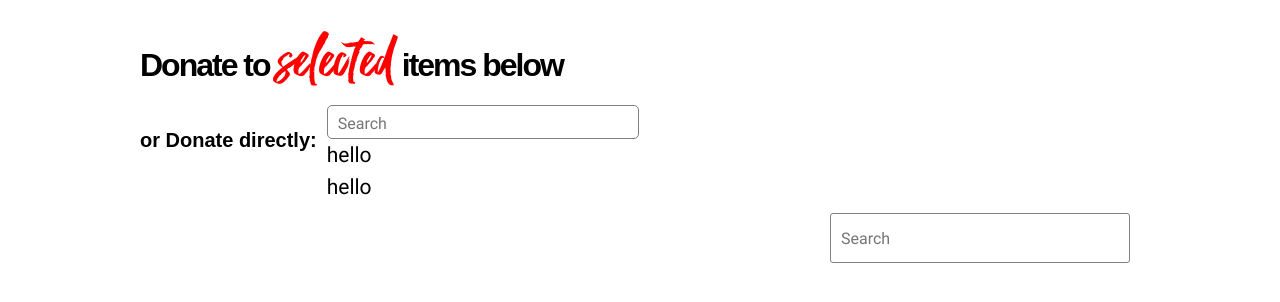
Repository: David-Waite/edableStyleChanges
Page: /
An editor plug-in stored every save of this project. The page is shown before and after the next save, followed by the edit.
The browser window is 1280 px wide. The pictures show the whole page.
The page's requests for data from a server got no answer. The project was rebuilt for these pictures with package versions that can differ from the ones it lists, and the page was loaded fresh each time. Some packages were replaced by stand-ins written for this rebuild. No one was signed in, and anything a server would have sent is missing. Queries for data that is not in the repository find no rows. Also part of the build but not shown: src/components/Item/ProgressBar.css, src/components/Volunteer/Volunteer.tsx, src/components/DonorForm/Message.css, src/components/Volunteer/VolunteerError.tsx, src/components/Default.tsx, src/components/DonorForm/Paypal.tsx, src/components/DonorForm/DonorForm.tsx, src/components/DonorForm/PastDonations.css and 8 more.

Above is the page before, as saved 2022-11-09 19:37:47.

### public/index.html
<!DOCTYPE html>
<html lang="en">
  <head>
    <meta charset="utf-8" />
    <link rel="icon" href="%PUBLIC_URL%/favicon.ico" />
    <meta name="viewport" content="width=device-width, initial-scale=1" />
    <meta name="theme-color" content="#000000" />
    <meta name="description" content="EdAble Donations System" />
    <link rel="apple-touch-icon" href="%PUBLIC_URL%/logo192.png" />
    <link rel="manifest" href="%PUBLIC_URL%/manifest.json" />
    <link
      rel="stylesheet"
      href="https://cdn.jsdelivr.net/npm/bootstrap@5.2.0-beta1/dist/css/bootstrap.min.css"
      integrity="sha384-0evHe/X+R7YkIZDRvuzKMRqM+OrBnVFBL6DOitfPri4tjfHxaWutUpFmBp4vmVor"
      crossorigin="anonymous"
    />
    <title>EdAble Donations</title>
  </head>
  <body>
    <noscript>You need to enable JavaScript to run this app.</noscript>
    <div id="root"></div>
  </body>
  <script src="./iframeResizer.contentWindow.min.js"></script>
</html>

### src/index.tsx
import React from 'react';
import ReactDOM from 'react-dom/client';
import './index.css';
import App from './App';
import reportWebVitals from './reportWebVitals';
import './fonts/Roboto/Roboto-Medium.ttf';
import './fonts/Lora/Lora-VariableFont_wght.ttf';

const root = ReactDOM.createRoot(
  document.getElementById('root') as HTMLElement
);
root.render(
  <React.StrictMode>
    <App />
  </React.StrictMode>
);

// If you want to start measuring performance in your app, pass a function
// to log results (for example: reportWebVitals(console.log))
// or send to an analytics endpoint. Learn more: https://bit.ly/CRA-vitals
reportWebVitals();

### src/index.css
body {
  margin: 0;
  -webkit-font-smoothing: antialiased;
  -moz-osx-font-smoothing: grayscale;
}

code {
  font-family: source-code-pro, Menlo, Monaco, Consolas, "Courier New",
    monospace;
}

* {
  box-sizing: border-box;
}

#page-wrap {
  padding-bottom: 10px;
  padding-top: 10px;
}
@font-face {
  font-family: "Roboto";
  src: local("Roboto"),
    url("./fonts/Roboto/Roboto-Medium.ttf") format("truetype");
}

@font-face {
  font-family: "Lora";
  src: local("Lora"),
    url("./fonts/Lora/Lora-VariableFont_wght.ttf") format("truetype");
}

@font-face {
  font-family: "black_stonealternative";
  src: local("blackStone"),
    url("./fonts/BlackStone/blackstone-alternative-webfont.woff") format("woff");
}

h1 {
  font-family: "Roboto";
  font-style: normal;
  font-weight: 700;
  font-size: 52px;
  line-height: 64px;
  /* identical to box height, or 123% */
  color: #000000;
}

h2 {
  font-family: "Lora";
  font-style: normal;
  font-weight: 700;
  font-size: 47px;
  line-height: 60px;
  /* identical to box height, or 128% */
  color: #f1f1f1;
}

h3 {
  font-family: "Lora";
  font-style: normal;
  font-weight: 700;
  font-size: 40px;
  line-height: 51px;
  color: #c4c4c4;
}

h4 {
  font-family: "Roboto";
  font-style: normal;
  font-weight: 700;
  font-size: 35px;
  line-height: 43px;
  /* identical to box height, or 123% */
  letter-spacing: 0.02em;
  color: #000000;
}

h5 {
  font-family: "Roboto";
  font-style: normal;
  font-weight: 700;
  font-size: 28px;
  line-height: 44px;
  /* identical to box height, or 157% */
  color: #000000;
}

h6 {
  font-family: "Roboto";
  font-style: normal;
  font-weight: 700;
  font-size: 21px;
  line-height: 25px;
  /* identical to box height */
  color: #000000;
}

body {
  font-family: "Roboto";
  font-style: normal;
  font-weight: 400;
  font-size: 21px;
  line-height: 32px;
  /* identical to box height, or 152% */
  color: #000000;
}

### src/App.tsx
import React from "react";
import "./App.css";
import { BrowserRouter, Routes, Route } from "react-router-dom";

import { PayPalScriptProvider } from "@paypal/react-paypal-js";
import Base from "./components/Base";
import Landing from "./components/Landing/Landing";
import Volunteer from "./components/Volunteer/Volunteer";
import VolunteerError from "./components/Volunteer/VolunteerError";
import Default from "./components/Default";
import Organisation from "./components/Organisation/Organisation";
import ItemPage from "./components/Item/ItemPage";
import Success from "./components/DonorForm/Success";
import Cancel from "./components/DonorForm/Cancel";
import PastDonations from "./components/DonorForm/PastDonations";
import PastItemDonations from "./components/DonorForm/PastItemDonations";
import DonateTime from "./components/Volunteer/DonateTime";

function App() {
  return (
    <PayPalScriptProvider
      options={{
        "client-id":
        process.env.REACT_APP_PAYPAL_CLIENT_ID||"ATT3Tn46NrmHggGqVC4mzWOZWlnbp2ID9DA0yQnhsgqPFIVPPlLhfSI_-atbZc3aN7n_k7wUVTyQJMnI",
        currency: "AUD",
      }}
    >
      <BrowserRouter>
        <Routes>
          <Route path="/" element={<Base />}>
            <Route path="/" element={<Landing />} />
            <Route path="volunteer" element={<Volunteer />} />
            <Route path="success" element={<Success />} />
            <Route path="organisation/:orgId" element={<Organisation />} />
            <Route path="cancel/:orgId" element={<Cancel />} />
            <Route path="volunteererror/:orgId" element={<VolunteerError />} />
            <Route path="organisation/:orgId" element={<PastDonations />} />
            <Route path="item/:orgID/:itemID" element={<ItemPage />} />
            <Route path="item/:orgID/:itemID" element={<PastItemDonations />} />
            <Route path="volunteer/organisation/:orgId" element={<DonateTime />} />
            <Route path="volunteer/success" element={<Success />} />

            {/* Using path="*"" means "match anything", so this route
                acts like a catch-all for URLs that we don't have explicit
              routes for. */}
            <Route path="*" element={<Default />} />
          </Route>
        </Routes>
      </BrowserRouter>
    </PayPalScriptProvider>
  );
}

export default App;

### src/App.css
.App {
  text-align: center;
}

.App-logo {
  height: 40vmin;
  pointer-events: none;
}

@media (prefers-reduced-motion: no-preference) {
  .App-logo {
    animation: App-logo-spin infinite 20s linear;
  }
}

.App-header {
  background-color: #282c34;
  min-height: 100vh;
  display: flex;
  flex-direction: column;
  align-items: center;
  justify-content: center;
  font-size: calc(10px + 2vmin);
  color: white;
}

.App-link {
  color: #61dafb;
}

@keyframes App-logo-spin {
  from {
    transform: rotate(0deg);
  }
  to {
    transform: rotate(360deg);
  }
}

.font-face-rob {
  font-family: "Roboto";
}

.font-face-lora {
  font-family: "Lora";
}

.font-face-Black {
  font-family: "black_stonealternative";
}

### src/components/Base.tsx
import { Outlet } from 'react-router-dom';

function BasePage() {
  return (
    <>
      {/* An <Outlet> renders whatever child route is currently active,
          so you can think about this <Outlet> as a placeholder for
        the child routes we defined above. */}
      <Outlet/>
    </>
  );
}

export default BasePage;

### src/components/Landing/Landing.css
.carousel-control-next,
.carousel-control-prev {
  width: 10%;
}

.landing {
  max-width: 1000px;

  margin: 0px auto 90px;
}
.pageTitle {
  font-size: 32px;
  color: black;
  font-family: sans-serif;
  margin-top: 60px;
  margin-bottom: 40px;
  letter-spacing: -2px;
  line-height: 0px;
  font-weight: 700;
}

.title {
  font-size: 32px;
  color: white;
  font-family: sans-serif;
}
.pageTitle span {
  font-family: "black_stonealternative";
  margin-left: 0px;
  margin-right: 0px;
  font-size: 55px;
  letter-spacing: 1px;
  font-weight: 100;
}

.selectOrg {
  font-size: 20px;
  color: black;
  font-family: sans-serif;
  padding-top: 5px;
  font-weight: 700;
}
.selectOrgCon {
  display: flex;

  margin-bottom: 0px;
}

.orgSearchBar input {
  height: auto;
  padding: 0 10px;
}

.orgSearchBar input::placeholder {
  font-size: 16px;
}

.orgSearchBar {
  margin-left: 10px;
  display: flex;
  flex-direction: column;
}

.col {
  padding: 0;
}

.navBarContainer {
  margin-left: 30px;
  margin-top: 10px;
  position: absolute;
  color: white;
}

.carousel {
  /* margin: 3px; */
  /* border-radius: 30px; */

  color: white;
  /* height: ; */
}

.carouselImage {
  object-fit: cover;
  height: calc(500px - 140px);
}

.carousel-contents {
  display: flex;

  flex-direction: column;
  justify-content: flex-end;

  color: white;
  height: 500px;
}

.carousel-indicators {
  margin-bottom: 10px;
}

.carousel-contents-bottom {
  display: flex;
  align-items: center;
  justify-content: space-between;
  gap: 10px;

  margin-bottom: 30px;
}

.caroursel-text {
  padding: 0px 25px;
  height: 140px;
  background-color: #333333;
}

.btnContribute {
  background-color: #e50040;
  color: white;
  border: none;
  border-radius: 3px;
}

.btnContribute span {
  margin-left: 3px;
  font-size: 16px;
  font-weight: 400;
  color: white;
}

.btnContribute div {
  font-size: 16px;
  font-weight: 400;
  margin: 0;
}

.btnContribute:hover {
  background-color: #d4033e;
  color: white;
}

.orgSummary {
  font-size: 16px;
  line-height: 25px;
  margin-bottom: 0px;
}

.imgCarousel {
  width: 100%;
  height: 600px;
}

.orgList {
  font-family: sans-serif;
  font-size: 20px;
  color: black;
}

.orgListCon {
  display: flex;
  align-items: center;
}
@media (max-width: 1040px) {
  .landing {
    padding: 0 20px;
  }
}

@media (max-width: 900px) {
  .title {
    font-size: 28px !important;
  }
}

@media (max-width: 800px) {
  .carousel-contents-bottom {
    flex-direction: column;
    align-items: flex-start;

    gap: 0px;
  }
  .caroursel-text {
    height: 200px;
  }
}

@media (max-width: 500px) {
  .btnContribute div {
    width: 100%;
  }

  .caroursel-text {
    height: 220px;
  }
}

@media (max-width: 370px) {
  .btnContribute {
    margin-top: -10px;
    font-size: 10px;
  }
}

@media (max-width: 325px) {
  .btnContribute span {
    font-size: 9px;
  }
}

/* #carousel-indicators {
    color:rgb(17, 0, 61)
} */

/* Button {
  font-size: x-small;
  style={{ backgroundImage: `url(${org.data.img})` }}




   <img
                              className="imgCarousel"
                              src={org.data.img}
                              alt={`${org.data.name}` + "'s logo"}
                            />
} */

### src/components/Landing/ItemsCollection.tsx
import { useState, useEffect } from "react";
import {
  collectionGroup,
  query,
  onSnapshot,
  collection,
  where,
  getDocs,
} from "firebase/firestore";
import { db } from "../../config/firebase";
import Card from "react-bootstrap/Card";
import ProgressBar from "react-bootstrap/ProgressBar";
import { Link } from "react-router-dom";
import styles from "./ItemsCollection.module.css";
import "../Item/ProgressBar.css";

function ItemsCollection(props: any) {
  const [itemList, setItemList] = useState<any>([]);
  const [search, setSearch] = useState<string>("");

  useEffect(() => {
    const q = query(
      collectionGroup(db, "Items"),
      where("activeStatus", "==", true)
    );

    onSnapshot(q, async (querySnapshot) => {
      setItemList(
        querySnapshot.docs.map((doc) => ({
          id: doc.id,
          data: doc.data(),
          parentDoc: doc.ref.parent.parent?.id,
        }))
      );
    });
  }, []);

  function mergeLists() {
    const mergeList: any = [];
    itemList.map((item: any) => {
      props.orgList.map((org: any) => {
        if (item.parentDoc === org.id) {
          if (item.data.activeStatus === true) {
            mergeList.push({
              ...item,
              orgName: org.data.name,
              orgActiveStatus: org.data.activeStatus,
            });
          }
        }
      });
    });
    return mergeList;
  }

  const mergeList = mergeLists();

  const handleChange = (e: React.ChangeEvent<HTMLInputElement>) => {
    setSearch(e.target.value);
  };
  const filteredItems = mergeList.filter((item: any) =>
    item.data.name.toLowerCase().includes(search.toLowerCase())
  );

  return (
    <>
      <div className={styles.containerDiv}>
        <div
          className={styles.searchBar}
          style={{
            borderRadius: "3px",
            display: "flex",
            alignItems: "right",
            justifyContent: "right",
          }}
        >
          <input
            style={{ fontSize: "16px" }}
            className={styles.input}
            type="text"
            onChange={handleChange}
            placeholder="Search"
          />
        </div>

        <div className={styles.cardParentDiv}>
          {filteredItems.map((item: any) => (
            <div key={item.id.toString()} className={styles.cards}>
              <div className={styles.cardImage}>
                <img src={item.data.img} alt={`Image of  ${item.data.name}`} />
              </div>

              <div className={styles.cardBody}>
                <div>
                  <h3 className={styles.cardTitle}>
                    {item.orgName}:
                    <br />
                    <span>{item.data.name}</span>
                  </h3>

                  <p className={styles.cardDes}>{item.data.summary}</p>
                </div>

                <div className={styles.bottomHalfCard}>
                  <p>
                    ${item.data.totalDonationsValue || 0} of $
                    {item.data.initialPrice}
                  </p>
                  <ProgressBar
                    striped
                    now={
                      item.data.totalDonationsValue
                        ? (item.data.totalDonationsValue /
                            item.data.initialPrice) *
                          100
                        : 0
                    }
                    label={`${Math.round(
                      (item.data.totalDonationsValue / item.data.initialPrice) *
                        100
                    )}%`}
                  />
                  <Link
                    style={{
                      textDecoration: "none",
                      color: "black",
                    }}
                    to={`item/${item.parentDoc}/${item.id}`}
                  >
                    <div className={styles.btn}>DONATE NOW!</div>
                  </Link>
                </div>
              </div>
            </div>
          ))}
        </div>
      </div>
    </>
  );
}

export default ItemsCollection;

### src/components/Organisation/Organisation.module.css
.body {
  background-color: black;
}

* {
  margin: 0;
  padding: 0;
}

img {
  max-width: 100%;
}

.section {
  max-width: 1000px;
  margin: 0 auto;
  background-color: white;
}

.orgName,
.volunteerOrgName span {
  font-family: "black_stonealternative";
  margin-left: 0px;
  margin-right: 0px;
  font-size: 55px;
  font-weight: 100;
  color: #5e17a9;
  line-height: 45px;
}

.orgNameSpan,
.volunteerOrgName {
  font-size: 32px;
  color: black;
  font-family: sans-serif;
  font-weight: 600;
  line-height: normal;
}
.volunteerOrgName span {
  color: #5e17a9;
}
.line {
  margin: 20px 0 30px;
  height: 3px;
  width: 70px;
  background-color: #511493;
}

.itemName {
  font-size: 32px;
  color: black;
  font-family: sans-serif;
  font-weight: 600;
  line-height: normal;
}

.itemImgDesktop {
  margin-bottom: 20px;
}

.sideIdmage {
  display: flex;
  flex-direction: column;
}

.itemImgMobile,
.mobileSideImg {
  display: none;
}

.itemName span {
  color: #511493;
  font-size: 33px;
}

.des {
  margin-top: 20px;
  font-size: 16px;
  font-weight: 100;
  line-height: 25px;
  color: #333333;
}
.mainContent {
  margin-top: 40px;
  display: grid;
  grid-template-columns: 1fr 1.5fr;
  gap: 80px;
}
.btn {
  display: flex;
  align-items: center;
  height: 40px;
  color: white;

  border-radius: 3px !important;
  font-size: 16px;
  font-weight: 400;
  padding: 0 15px;
}

a {
  text-decoration: none !important;
}
.websiteBtn {
  height: 40px;

  border-radius: 3px !important;
  font-size: 16px;
  font-weight: 400;
  padding: 10px 15px;

  color: white;
  background-color: #511493;
}
.btn:hover {
  color: white;
}

.goBack {
  background-color: #e50040;
}

.goBack:hover {
  background-color: #f16800;
}

.orgImg {
  width: 100%;
  height: 500px;
  object-fit: cover;
}

.website {
  padding: 30px;
  margin-top: 10px;
  background: linear-gradient(58.89deg, #5e17a9 31.3%, #e50040 67.75%);
  color: white;
}

.website div {
  margin-top: 10px;
}
.website a {
  background-color: #e50040;
  width: 100%;
  color: white;
  border-radius: 3px !important;
  font-size: 16px;
  font-weight: 400;
  padding: 10px 15px;
}

.header {
  margin: 10px 0;
  display: flex;
  gap: 10px;

  align-items: center;
}

h6 {
  margin-top: 30px;
  font-size: 33px;
  font-weight: 400;
  line-height: 30px;
}

h6 div {
  font-family: "black_stonealternative";
  margin-top: 30px;
  color: #5e17a9;
  font-size: 55px;
  letter-spacing: 1px;
  font-weight: 100;
}

.orgDescription {
  margin-top: 20px;
  font-size: 16;
}

.formCon {
  margin-top: 20px;
}

.btnPurple {
  background-color: #511493;
}
.topItem {
  display: flex;
  align-items: center;
  gap: 40px;
}

.backButton {
  margin-top: 30px;
  color: white;
  border-radius: 3px;
  background-color: #e50040;
  border: none;
}

.backButton:hover {
  color: white;

  background-color: #d4033e;
}

.topButton:hover {
  background-color: #f16800;
}

.card {
  border-radius: 3px;
  border: none;

  background-color: #f4f4f4;
}

.card img {
  width: 100%;
}

.cardContent {
  padding: 20px;
}

.cardTitle {
  font-size: 18px;
  color: black;
  font-family: sans-serif;
  height: auto;
  line-height: 25px;
}

.cardDes {
  margin-top: 0px;
  color: rgb(29, 29, 29);
  font-size: 16px;
  letter-spacing: 0.1px;
  line-height: 20px;
  font-weight: 400;
}

@media (max-width: 1040px) {
  .section {
    padding: 0 20px;
  }
}
@media (max-width: 700px) {
  .content {
    padding: 0 20px 50px;
  }
  .formContainer {
    padding: 30px 20px;
  }
  .topItem {
    display: flex;
    flex-direction: column;
    gap: 40px;
  }
  .card {
    width: 100%;
  }
}

@media (max-width: 900px) {
  .mainContent {
    display: grid;
    grid-template-columns: 1fr;
    gap: 20px;
    margin-bottom: 10px;
  }
  .itemImgDesktop,
  .desktopSideImg {
    display: none;
  }
  .mobileSideImg {
    display: block;
  }

  .itemImgMobile {
    display: block;
    width: 100%;
  }
}

@media (max-width: 500px) {
  label {
    font-size: 10px;
  }

  h6 {
    font-size: 25px;
  }
  h6 span {
    font-size: 40px;
  }
  .btn {
    font-size: 12px;
  }
}

### src/components/Landing/ItemsCollection.module.css
.containerDiv {
  /* background-color: rgb(212, 238, 249); */
  border-radius: 40px;
}

.searchBar {
  border-radius: 3px !important;
  padding: 0;
}
.title {
  font-size: 32px;
  color: black;
  font-family: sans-serif;
  margin-top: 60px;
  margin-bottom: 40px;

  letter-spacing: -2px;
}

.title span {
  font-family: "black_stonealternative";
  margin-left: 0px;
  margin-right: 0px;
  font-size: 55px;
  letter-spacing: 1px;
  font-weight: 100;
}

.input {
  margin: 10px;
  width: 300px;
  border-radius: 3px;
  padding: 2px 10px;
}

.cardParentDiv {
  margin-top: 20px;
  display: grid;
  grid-template-columns: 1fr 1fr 1fr;
  gap: 30px;
}

.bottomHalfCard {
  align-self: end;
}
.cardParentDiv img {
  width: 100%;
  height: 180px;
  object-fit: cover;
  padding: 0;
  margin: 0;
}

.cardImage {
  height: 180px;
}
.cardTitle {
  font-size: 18px;
  color: black;
  font-family: sans-serif;
  height: auto;
  line-height: 25px;
}

.cardTitle span {
  color: #e50040;
}

.cardDes {
  height: 60px;
  margin-top: 0px;
  color: rgb(29, 29, 29);
  font-size: 16px;
  letter-spacing: 0.1px;
  line-height: 16px;
  font-weight: 400;
}

.btn {
  text-decoration: none;
  color: white;
  display: flex;
  align-items: center;
  justify-content: center;
  height: 40px;
  margin-top: 10px;
  margin-bottom: -15px;
  text-align: center;
  border-radius: 3px;
  font-size: 16px;
  font-weight: 400;

  background-color: #5e17a9;
}

.cardBody {
  padding: 10px 10px 30px 10px;
}

.cards {
  border-radius: 3px;
  border: none;
  background-color: #f4f4f4;
}

@media (max-width: 1040px) {
  .cardParentDiv {
    grid-template-columns: 1fr 1fr;
    gap: 60px;
  }
  .input {
    width: calc(100vw - 40px);
  }
}

@media (max-width: 650px) {
  .cardParentDiv {
    grid-template-columns: 1fr 1fr;
    gap: 20px;
  }
}

@media (max-width: 600px) {
  .cardParentDiv {
    grid-template-columns: 1fr;
    gap: 20px;
  }
}

### src/components/DonorForm/DonorForm.css
.donorInfoContainer {
  background-color: rgb(238, 238, 238);
  padding: 20px 40px;
  border-radius: 3px;
}

.formTitle {
  color: #5e17a9;
}

.presetButtons {
  display: flex;
  align-items: center;
  justify-content: flex-start;
  margin-bottom: -20px;
}

label,
.or {
  padding: 5px 0;
  font-weight: lighter;
}

label span {
  color: rgb(176, 53, 53);
  margin-left: 2px;
}

input:disabled {
  background-color: rgb(197, 197, 197);
}

.checkbox {
  display: flex;
  justify-content: start;
  align-items: center;
}

.checkbox input {
  width: auto;
  margin-right: 5px;
}

.monthlyPayment {
  margin-top: 15px;
  margin-bottom: -25px;
}

.availablity {
  display: flex;
  gap: 60px;
  padding-bottom: 10px;
}

.isAron {
  margin-top: 15px;
}
.mailingList {
  margin-bottom: 15px;
}
input,
select {
  height: 50px;
  width: 100%;
  border: 0.1px solid;
  border-color: grey;
  border-radius: 5px;
}

select {
  padding: 15px 10px;
  border: none;
}

span {
  font-size: large;
  color: red;
}

.proceedPayBtn {
  color: white;
  background-color: #ff7000;
  border-color: #ff7000;
  margin-right: auto;
}

.proceedPayBtn:hover {
  background-color: #f16800;
  color: white;
}

button {
  border-radius: 4px;
  border: 1px solid rgb(215, 215, 215);
  padding: 5px 10px;
  font-size: 14px;
  margin: 5px;
  color: white;
  background-color: #ff7000;
  border-color: #ff7000;
}

button[type="submit"],
input[type="submit"] {
  background: #ec598f;
  color: white;
  text-transform: uppercase;
  border: none;
  margin-top: 40px;
  padding: 10px;
  font-size: 16px;
  font-weight: 400;
  letter-spacing: 10px;
}

Loaded but not shown: src/reportWebVitals.ts (common file); public/iframeResizer.contentWindow.min.js (library); src/config/firebase.js (25 lines, source omitted); src/components/Landing/Landing.tsx (140 lines, source omitted)

After the next save:
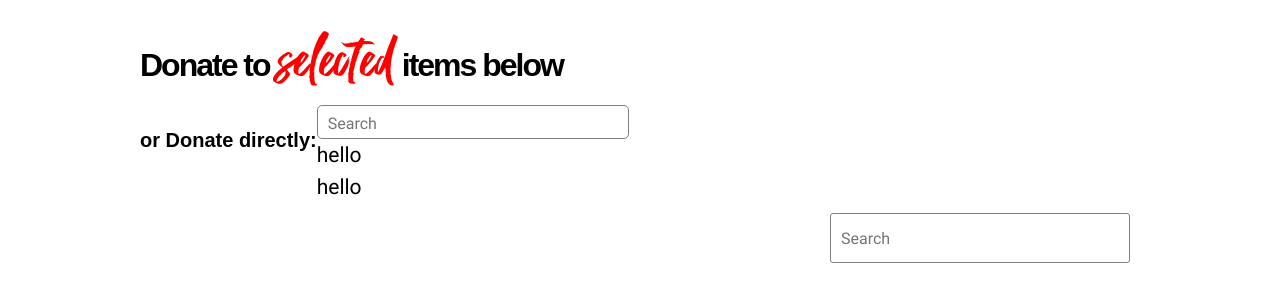
Saved 22 s later.
--- a/src/components/Landing/Landing.css
+++ b/src/components/Landing/Landing.css
@@ -55,12 +55,6 @@
   font-size: 16px;
 }
 
-.orgSearchBar {
-  margin-left: 10px;
-  display: flex;
-  flex-direction: column;
-}
-
 .col {
   padding: 0;
 }

After the 2 saves that followed:
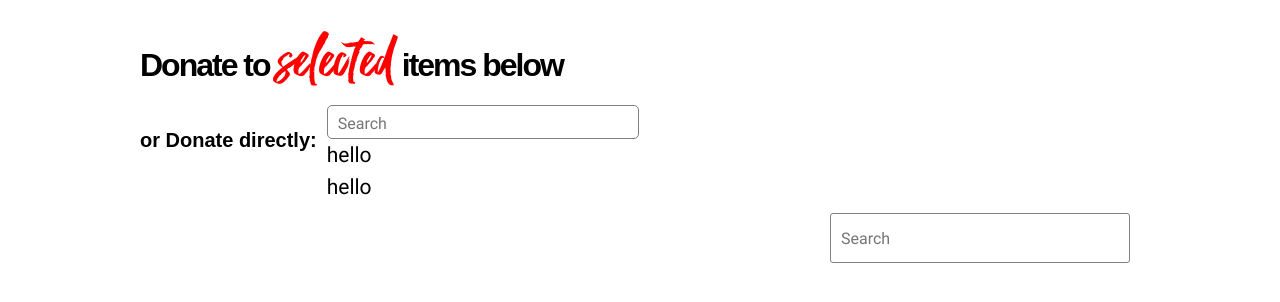
The 2 saves are shown as one change because they came seconds apart.
The last was saved 7 s later.
--- a/src/components/Landing/Landing.css
+++ b/src/components/Landing/Landing.css
@@ -55,6 +55,10 @@
   font-size: 16px;
 }
 
+.orgSearchBar {
+  margin-left: 10px;
+}
+
 .col {
   padding: 0;
 }
